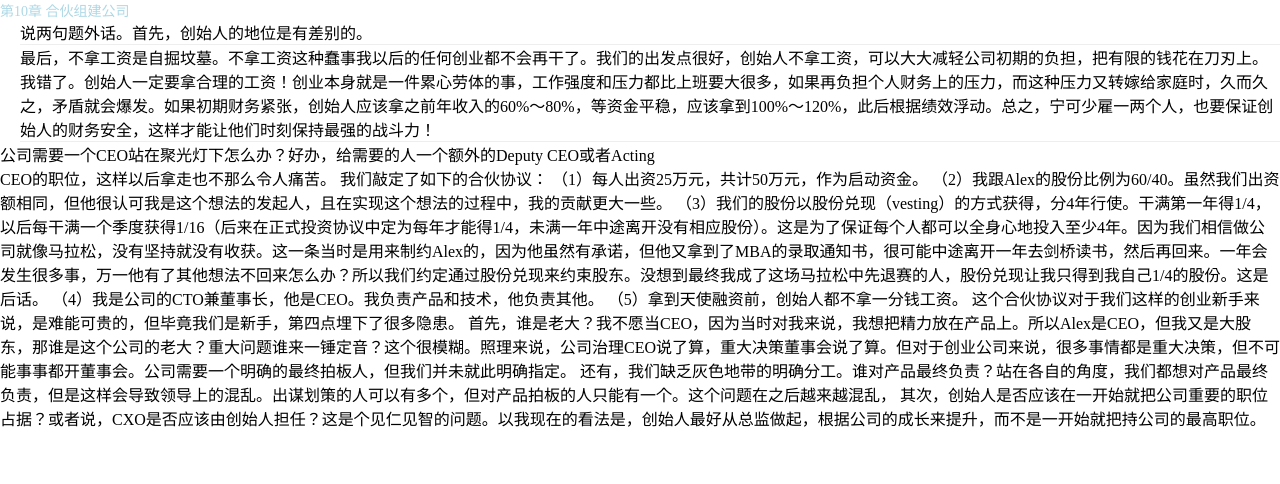
Repository: xudusheng/SSM
Page: SpringMVC/WebContent/HTML/first.html
These files come from the project's save history. The page is drawn as it stood at one moment and after the next save; the edit follows.
The browser window is 1280 px wide. The pictures show the whole page.

Above is the page before, as saved 2016-07-20 07:31:03.

After the next save:
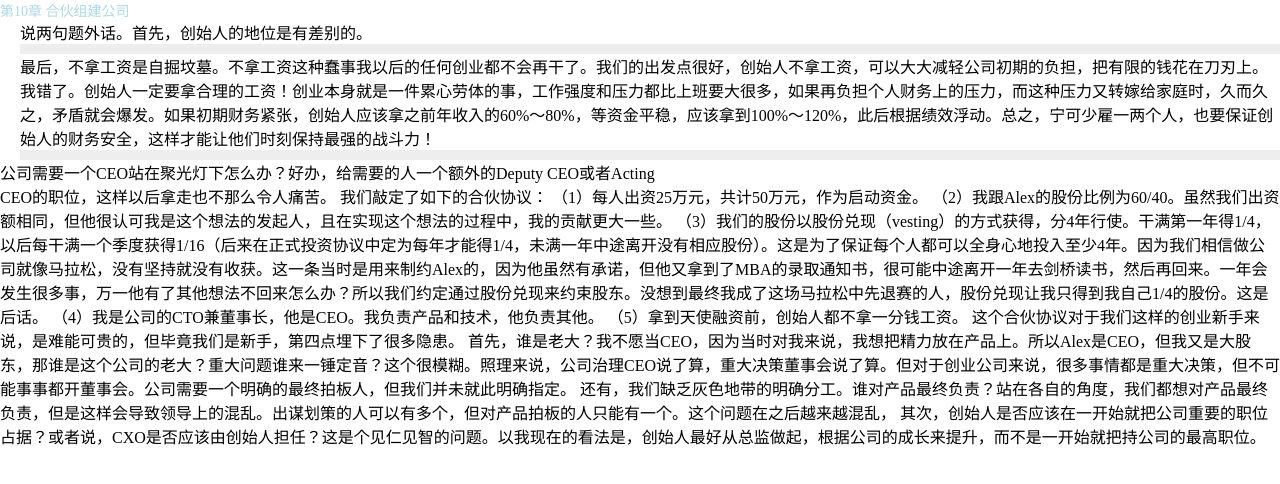
Saved 80 s later.
--- a/SpringMVC/WebContent/HTML/first.html
+++ b/SpringMVC/WebContent/HTML/first.html
@@ -6,7 +6,7 @@
 <style type="text/css">
 	*{ padding:0; margin:0; }
 	.article-title{ color:lightblue; font-size:14px; }
-	.content-line--grey{ border-bottom:1px solid #eee; margin-left:20px; }
+	.content-line--grey{ border-bottom:10px solid #eee; margin-left:20px; }
 </style>
 </head>
 <body>
